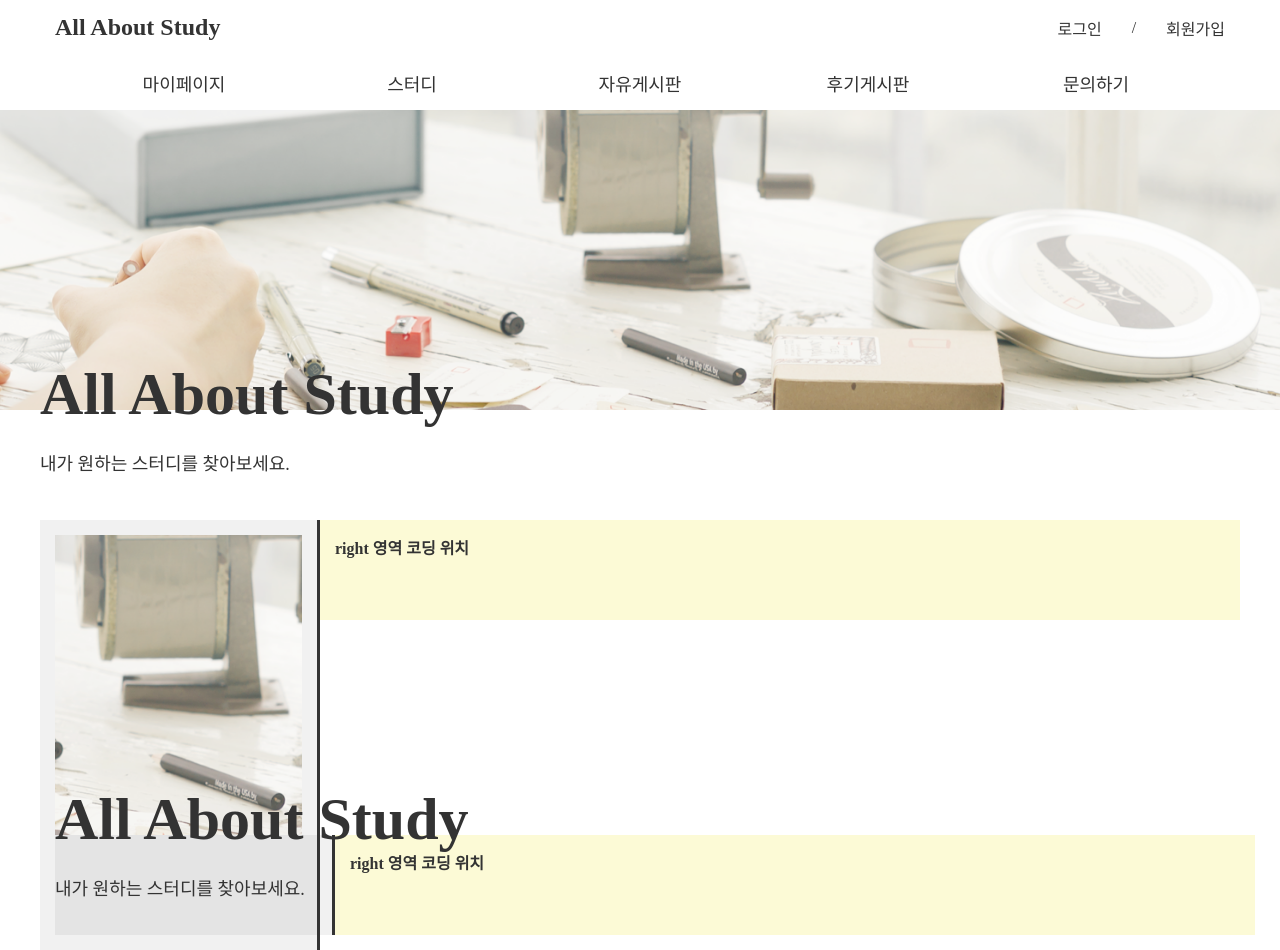
Repository: agheha/trillion
Page: YH/study_project/html/update.html
An editor plug-in stored every save of this project. The page is shown before and after the next save, followed by the edit.
The browser window is 1280 px wide. The pictures show the whole page.

Above is the page before, as saved 2019-09-06 12:14:52.

### YH/study_project/html/update.html
<!DOCTYPE html>
<html lang="en">
<head>
    <meta charset="UTF-8">
    <meta name="viewport" content="width=device-width, initial-scale=1.0">
    <meta http-equiv="X-UA-Compatible" content="ie=edge">
    <title>Document</title>
    <link rel="stylesheet" href="./../css/header.css">
    <link rel="stylesheet" href="./../css/update.css">
    <link rel="stylesheet" href="./../css/common.css">

</head>
<body>
    <header>
        <div class="header_top_wrap">
            <div><a href="#">All About Study</a></div>
            <div>
                <ul>
                    <li><a href="#">로그인</a></li>
                    <li>/</li>
                    <li><a href="#">회원가입</a></li>
                </ul>
            </div>
        </div>
        <div class="header_bot_wrap">
            <div><a href="#">마이페이지</a></div>
            <div><a href="#">스터디</a></div>
            <div><a href="#">자유게시판</a></div>
            <div><a href="#">후기게시판</a></div>
            <div><a href="#">문의하기</a></div>
        </div>
    </header>
    <section class="background_wrap">
        <div class="background">
            <h1>All About Study</h1>
            <p>내가 원하는 스터디를 찾아보세요.</p>
        </div>
    </section>

    <section>
        <div class="section_wrap left_wrap">
             <section class="background_wrap">
        <div class="background">
            <h1>All About Study</h1>
            <p>내가 원하는 스터디를 찾아보세요.</p>
        </div>
    </section>

    <section>
        <div class="section_wrap left_wrap">

        </div>
        <div class="section_wrap right_wrap">
            <h1>right 영역 코딩 위치</h1>
        </div>
    </section>
        </div>
        <div class="section_wrap right_wrap">
            <h1>right 영역 코딩 위치</h1>
        </div>
    </section>
</body>
</html>

### YH/study_project/css/header.css
header {
    width: 1200px;
    margin: 0 auto;
}

/* header_top_wrap */
.header_top_wrap {
    width: 100%;
    height: 55px;
}
.header_top_wrap > div:first-child {
    display: table;
    float: left;
    height: 100%;
}
.header_top_wrap > div:first-child > a {
    display: table-cell;
    vertical-align: middle;
    padding-left: 15px;
    font-size: 24px;
    font-weight: 900;
}
.header_top_wrap > div:last-child {
    float: right;
    height: 100%;
    text-align: center;
}
.header_top_wrap ul {
    display: table;
    height: 100%;
}
.header_top_wrap ul li {
    display: table;
    float: left;
    height: 100%;
    padding: 0 15px;
}
.header_top_wrap ul li:nth-child(2) {
    display:table-cell;
    vertical-align: middle;
    float: none;
}
.header_top_wrap ul li a {
    display: table-cell;
    vertical-align: middle;
}
.header_top_wrap ul li a:hover {
    text-decoration:underline;
}

/* header_bot_wrap */
.header_bot_wrap {
    box-sizing: border-box;
    width:100%;
    height: 55px;
    padding: 0 30px;
}
.header_bot_wrap > div {
    width: 20%;
    height: 100%;
    float: left;
    display: table;
}
.header_bot_wrap > div > a {
    display: table-cell;
    vertical-align: middle;
    font-size: 18px;
    text-align: center;
}
.header_bot_wrap > div > a:hover {
    color: #dd333d;
}

/* section 전체 범위 설정 */
section {
    width: 1200px;
    margin: 0 auto;
}

/* background-wrap */
section.background_wrap {
    width: 100%;
    height: 300px;
    background-image: url("./../images/bg_image01.jpg");
    background-size: cover;
    background-position: bottom center;
    background-repeat: no-repeat;
}
.background_wrap > div.background {
    position: relative;
    width: 1200px;
    margin: 0 auto;
    top: 300px;
}
.background_wrap > div.background > h1 {
    position: relative;
    font-size: 60px;
    top: -50px;
}
.background_wrap > div.background > p {
    position: relative;
    font-size: 18px;
    top: -30px;
}

/* section 퍼블리싱 다시 초기화 */
section:nth-child(3) {
    width: 1200px;
    margin: 0 auto;
    padding-top: 110px;
}

.section_wrap {
    float:left;
    min-height: 100px;
    box-sizing: border-box;
    padding: 15px;
}
.left_wrap {
    width: 280px;
    border-right: 3px solid #333;
    background-color: #33333311;
}
.right_wrap {
    width: 920px;
    background-color: #eee33333;
}

### YH/study_project/css/common.css
body, button, dd, dl, dt, fieldset,
form, h1, h2, h3, h4, h5, h6, input,
legend, li, ol, p, select, table, td,
textarea, th, ul {
    font-family: 'Noto Sans KR';
    margin: 0;
    padding: 0;
    list-style: none;
    text-decoration: none;
    font-size: 16px;
    color: #333;
}

html, body {
    height: 100%;
}

a {
    text-decoration: none;
    color: #333;
}

Loaded but not shown: YH/study_project/css/update.css (no stored copy; drawn as an empty file)

After the next save:
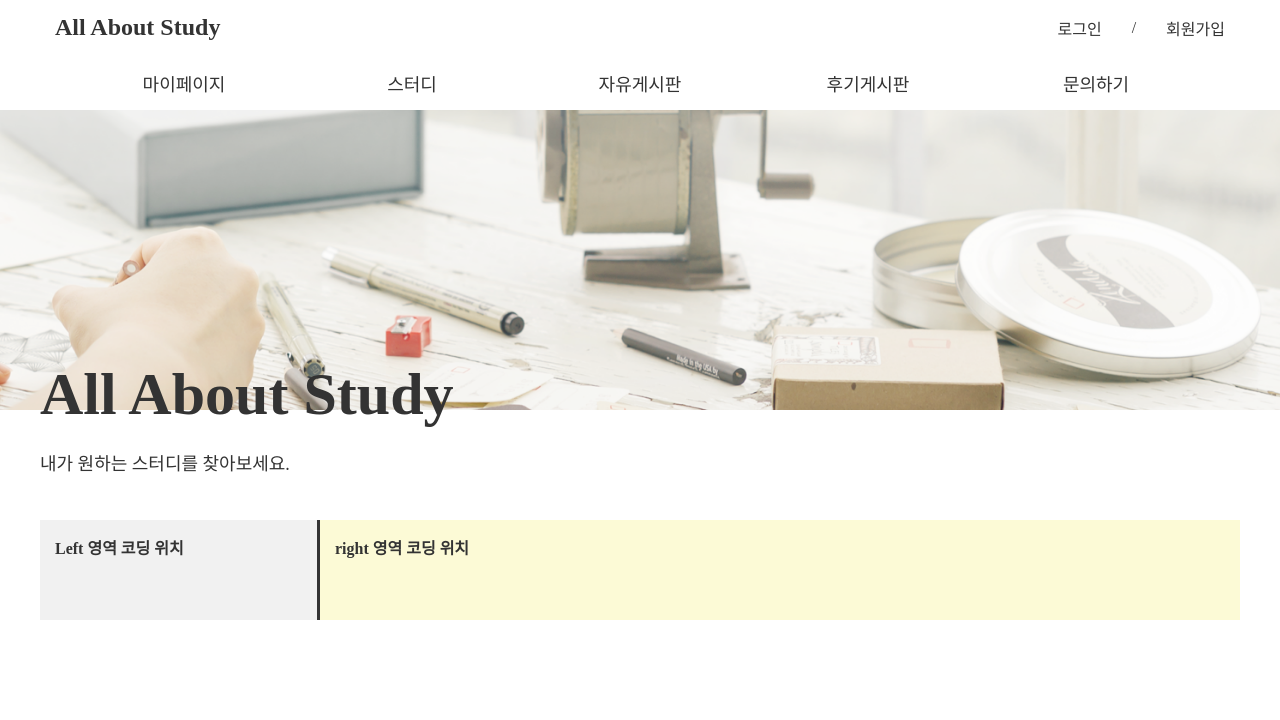
Saved 8 s later.
--- a/YH/study_project/html/update.html
+++ b/YH/study_project/html/update.html
@@ -39,25 +39,12 @@
 
     <section>
         <div class="section_wrap left_wrap">
-             <section class="background_wrap">
-        <div class="background">
-            <h1>All About Study</h1>
-            <p>내가 원하는 스터디를 찾아보세요.</p>
-        </div>
-    </section>
-
-    <section>
-        <div class="section_wrap left_wrap">
-
+            <h1>Left 영역 코딩 위치</h1>
         </div>
         <div class="section_wrap right_wrap">
             <h1>right 영역 코딩 위치</h1>
         </div>
     </section>
-        </div>
-        <div class="section_wrap right_wrap">
-            <h1>right 영역 코딩 위치</h1>
-        </div>
-    </section>
+
 </body>
 </html>
